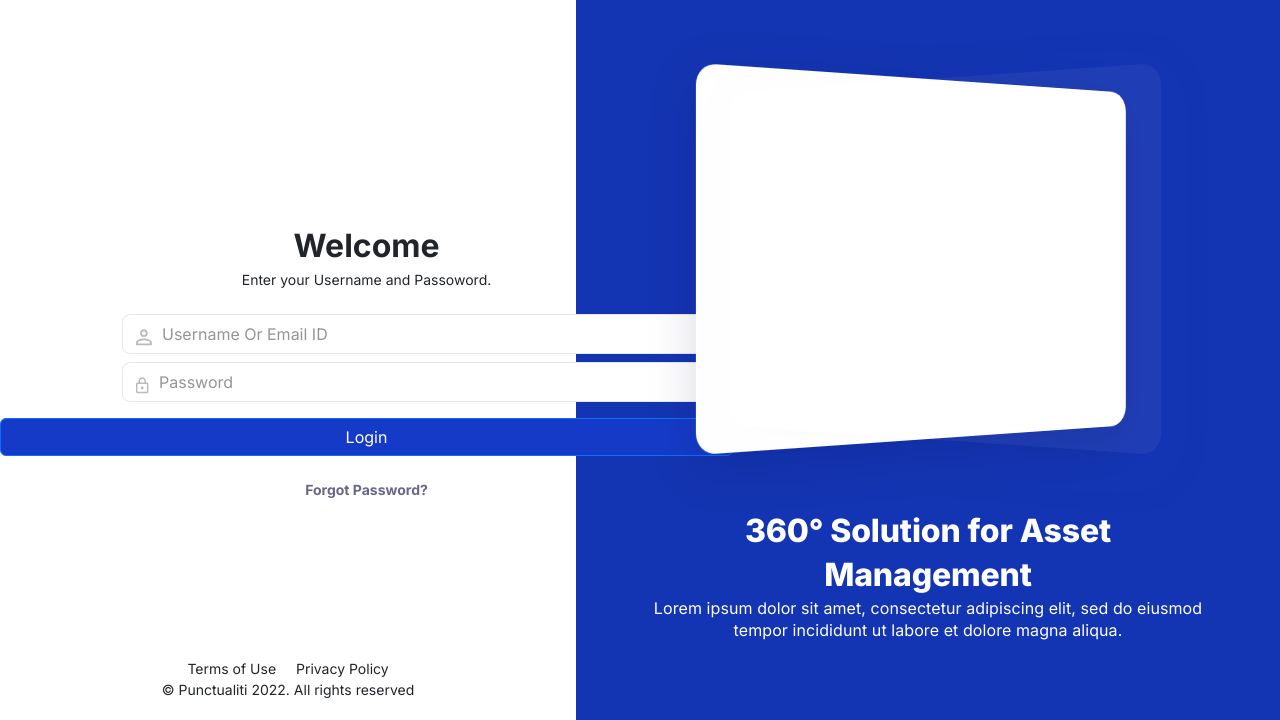
Repository: TauqeerHusain/Vouch-digital
Page: /
The author's editor kept a copy of each file at every save. The page is drawn from the files as they stood at one save, then again after the next save.
The browser window is 1280 px wide. The pictures show the whole page.
The project was rebuilt for these pictures with package versions that can differ from the ones it lists, and the page was loaded fresh each time. Also part of the build but not shown: src/styles/Dashboard.css, src/Components/Dashboard/Aside.js, src/Components/Dashboard/Board.js, src/Components/Dashboard/index.js, src/styles/AddClintNav.css, src/Components/AddClint/AddClintNav.js, src/Components/CreateProfile/CrContent.js, src/Components/CreateProfile/index.js and 14 more.

Above is the page before, as saved 2023-03-15 15:27:14.

After the next save:
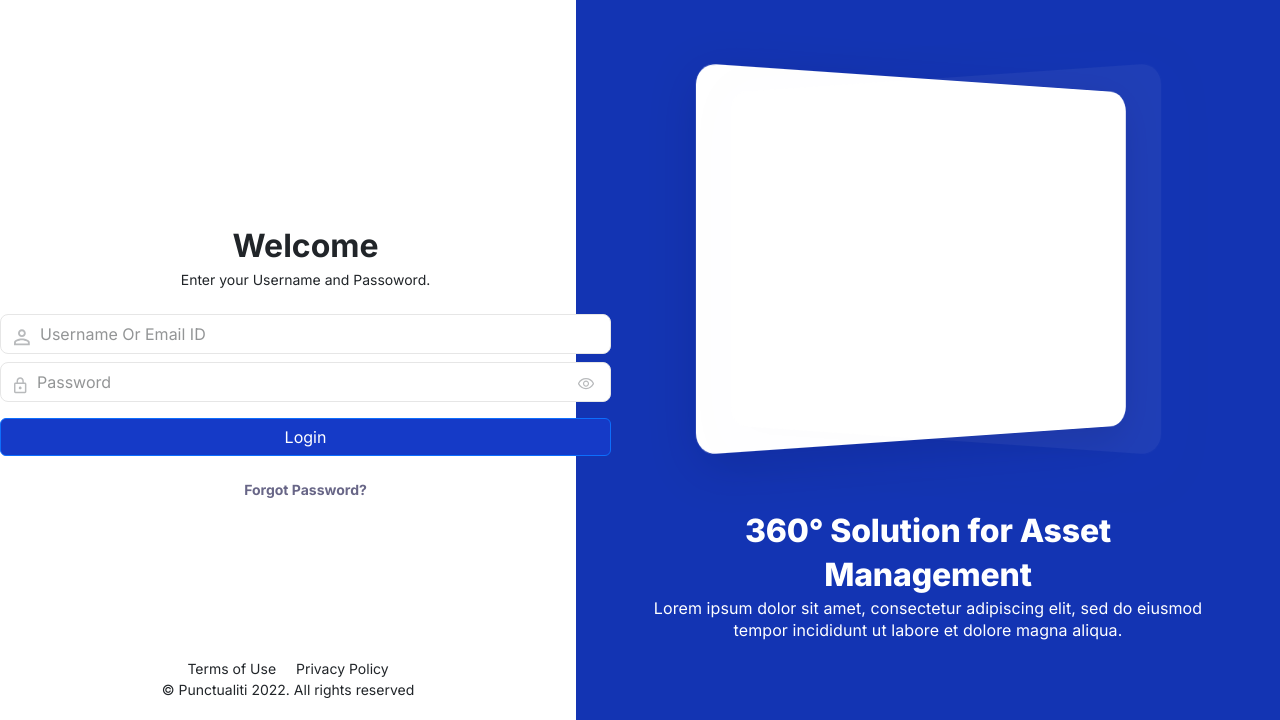
Saved 7 s later.
--- a/src/styles/LoginAct.css
+++ b/src/styles/LoginAct.css
@@ -70,7 +70,7 @@
     display: flex;
     align-items: center;
     padding: 0px 13px;
-    margin-left: 122px;
+
 }
 
 .input-icon {
